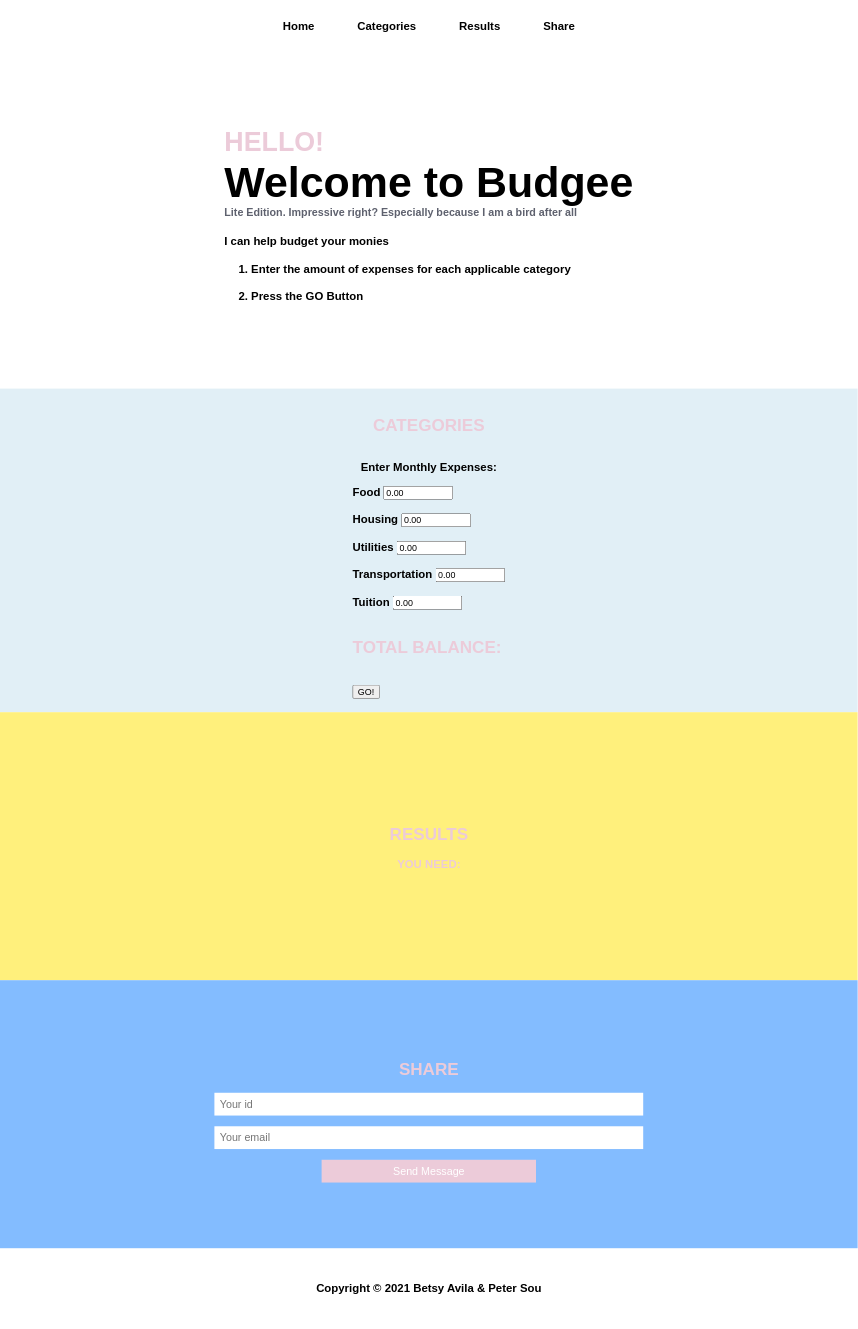
Repository: Peter-Sou/CSE-111-Project-1
Page: http://localhost/
An editor plug-in stored every save of this project. The page is shown before and after the next save, followed by the edit.
The browser window is 1280 px wide. The pictures show the whole page, at 67% of full size.
The page is served by the project's application, run on Django 3.2 (manage.py). Other server files are loaded and not shown.

Above is the page before, as saved 2021-12-07 13:40:39.

### ezPC/EZPCAPP/templates/EZPCAPP/hi.html
<!DOCTYPE html>
<html lang="en">
<head>
    <meta charset="UTF-8">
    <title>EZ-PC-APP</title>
    <!--Resposive meta tag to make this webpage page looking good on mobile browser-->
    <meta id="viewport" content="width=device-width, initial-scale=1.0">
    <!--Add a favicon-->
    <link rel="shortcut icon" type="image/png" href="assets/favicon.png" />
    <!--Add a page title-->
    <title>Betsy Avila Web Portfolio</title>
    <!--Include styles.css file to this webpage-->
    <link rel="stylesheet" href="styles.css">
    <!--Include script.js file to this webpage-->
    {% comment %} <script type="module" src="script.js"></script> {% endcomment %}
</head>
<body>
    <nav>
		<a href = "#header">Home</a>
		<a href = '#Categories'>Categories</a>
		<a  href = '#Results'>Results</a>
		<a href = "#Share">Share</a>
    <!--<a href = 'github.com'>LinkedIn</a>-->
    </nav>
    <header id = 'header'>
        <div>
            <h2>Hello!</h2>
            <h1>Welcome to Budgee</h1>
            <h3>Lite Edition. Impressive right? Especially because I am a bird after all</h3>
            <h4>I can help budget your monies</h4>
            <ol>
                <li>Enter the amount of expenses for each applicable category</li>
                <br>
                <li>Press the GO Button</li>
                </ol>
        </div>
        {% comment %} <img src="assets/profile_professional.jpg"> {% endcomment %}
	</header>
    <section id = 'Categories'>
	    <h2>Categories</h2>
		<p><strong>Enter Monthly Expenses:</strong> </p>

		<form>
		    <div>
			    <label for = "food">Food</label>
				<input type="number" id= "Food" min="0.00" step="0.01" max="30000" value="0.00" />
			</div>
			<br>
			<div>
			    <label for = "Housing">Housing</label>
				<input type="number" id="Housing" min="0.00" step="0.01" max="30000" value="0.00" />
			</div>
			<br>
			<div>
			    <label for = "Utilities">Utilities</label>
				<input type="number" id= "Utilities" min="0.00" step="0.01" max="30000" value="0.00" />
			</div>
			<br>
			<div>
			    <label for = "Transportation">Transportation</label>
				<input type="number" id= "Transportation" min="0.00" step="0.01" max="30000" value="0.00" />
			</div>
			<br>
			<div>
			    <label for = "Tuition">Tuition</label>
				<input type="number" id = "Tuition" min="0.00" step="0.01" max="30000" value="0.00" />
			</div>
			<br>
			<div>
			    <h2>Total Balance: </h2>
				<h2 id = "total"></h2>
            </div>
			<br>
            <button onclick = "CalcSum()">GO!</button>
		</form>
		{% comment %} <script>
		    function CalcSum(){
			let num1 = document.getElementsById("Food").value;
    		let num2 = document.getElementsById("Housing").value;
    		let num3 = document.getElementsById("Utilities").value;
    		let num4 = document.getElementsById("Transportation").value;
    		let num5 = document.getElementsById("Tuition").value;
			let sum = parseFloat(num1) + parseFloat(num2) + parseFloat(num3) +parseFloat(num4) +parseFloat(num5);
        			//let sum = Number(Food) + Number(Housing) + Number(Utilities) + Number(Transportation)+ Number(Tuition);
            document.getElementsById("total").innerHTML = "The total is " +sum;
        }
		</script> {% endcomment %}
			<!--<script src = '/registration/js/projects.js'></script>-->
		</section>
		<section id = 'Results'>
			<div>
				<h2>Results</h2>
				<p id = "total">You need: </p>
			</div>
		</section>
		<section id = 'Share'>
			<h2>Share</h2>
			<form action = '/survey/checkout' method = 'post' enctype= "multipart/form-data">
				<input type="id" placeholder='Your id' required>
				<input type="email" placeholder='Your email' required>
				<button>Send Message</button>
				<input type='hidden' id='redirecturl' value='thankyou.html'>
				<input type='hidden' id='survey' value='Share'>
			</form>
		</section>

		<main></main>
		<footer id = "foot">
			<div>Copyright © 2021 Betsy Avila & Peter Sou</div>
		</footer>
	</body>

</html>

### ezPC/EZPCAPP/views.py
from django.shortcuts import render
from django.http import HttpResponse
def hi(request):
    return render(request,'EZPCAPP/hi.html')

### ezPC/ezPC/urls.py
"""ezPC URL Configuration

The `urlpatterns` list routes URLs to views. For more information please see:
    https://docs.djangoproject.com/en/3.2/topics/http/urls/
Examples:
Function views
    1. Add an import:  from my_app import views
    2. Add a URL to urlpatterns:  path('', views.home, name='home')
Class-based views
    1. Add an import:  from other_app.views import Home
    2. Add a URL to urlpatterns:  path('', Home.as_view(), name='home')
Including another URLconf
    1. Import the include() function: from django.urls import include, path
    2. Add a URL to urlpatterns:  path('blog/', include('blog.urls'))
"""
from django.contrib import admin
from django.urls import path, include


urlpatterns = [
    path('admin/', admin.site.urls),
    path('', include('EZPCAPP.urls'))
]

### ezPC/EZPCAPP/urls.py

from django.urls import path
from . import views

urlpatterns = [
    path('', views.hi, name="home-page"),
]

### ezPC/EZPCAPP/templates/EZPCAPP/styles.css
*{
	box-sizing: border-box;
}
html{
	scroll-behavior: smooth;
}

body {
	display:flex;
	flex-direction: column;
	align-items:center;
	justify-content:space-between;

	margin:0;
	padding:0;
	min-height:100vh;

	font-family: 'Josefin Sans', sans-serif;/*link href in the head tag*/
	font-size: 17px;
	font-weight:bold;
}

body > * {
	display: flex;
	align-items: center;
	justify-content:center;

}
nav{
	color: black;
	background-color: white;
	height:80px;
	width: 100%;

	max-width:500px;
	justify-content: space-around;
	flex-wrap: wrap;

	position: sticky;
	top:0;
}
/*select all a elements/tags in nav*/
nav a{
	text-decoration: none;
	color: black;
	margin: 0 12px;

}
nav > a{
	margin: 0 10px;
	color: black;
}

a: hover{
	color:#80ffe8;
}

header {
	color:black;
	background-color: white;
	height:500px;
	width:100%;
}

header h1 {
	font-size: 64px;
	margin: 0;
}

header h2 {
	font-size: 40px;
	margin: 0;
	color: #eccbd9;
	/* Make all of the characters to uppercase*/
	text-transform: uppercase;
}

header h3 {
	font-size: 16px;
	margin: 0;
	color: #5E616E;
}

header img {
	max-width: 100%;
	height: auto;
	background-color: #fff;
	border-radius: 100%;
	margin-left: 40px;
}

#Categories{
	color:black;
	background-color:#E1EFF6;
	min-height:400px;
	width:100%;
	padding: 20px 0;
	flex-direction: column;

}

#Categories h2{
	color: #eccbd9;
	text-transform:uppercase;
}

#Results{

	color:black;
	background-color:#fff07c;
	min-height:400px;
	width:100%;
	padding: 20px 0;


	display: flex;
	align-items: center;
	justify-content: center;

}
#Results{
	color: #eccbd9;
	text-transform:uppercase;
}

#Results > div{
	max-width:auto;
	width:100%;
	/* padding: top right bottom left */
	padding: 16px 40px 16px 40px;

	/*a in rgba is the alpha channel that specifies the opacity for a color
	background-color: rgba(0, 0, 0, 0.4);*/
	margin:20px 0;
	/* Define the text color in this div box*/
	text-align: center;

}

#Share{
	color:black;
	background-color:#83bcff;
	min-height:400px;
	padding: 20px 0;
	width:100%;
	flex-direction: column; /*keeps the text in the  middle of the colored square*/
}

#Share h2{
	color: #eccbd9;
	text-transform: uppercase;
}

#Share form{
	max-width:640px;
	width:100%;
	display:flex;
	flex-direction: column;
	align-items:center;
}

#Share form >*{
	font-family: 'Josefin Sans', sans-serif;
}

#Share input{
	width:100%;
	font-size: 16px;
	padding: 8px;
	border: none;
	margin-bottom: 16px;

}

#Share textarea{
	width:100%;
	font-size: 16px;
	padding: 8px;
	border: none;
	margin-bottom: 16px;
	height: 120px;
	resize: none;
}

#Share button{
	width: 50%;
	background-color: #eccbd9;
	color:white;
	padding: 8px 16px;
	font-size: 16px;
	border:none;
	cursor:pointer;

}

footer {
	height: 120px;
	display: flex;
	flex-direction: column;
	align-items: center;
	justify-content: center;

}

footer .links{
	display:flex;
	align-items:center;
	justify-content: space-evenly;
	width:120px;
	margin-bottom:8px;

}

footer .links img{
	max-width:100%;
	height:auto;
}

After the next save:
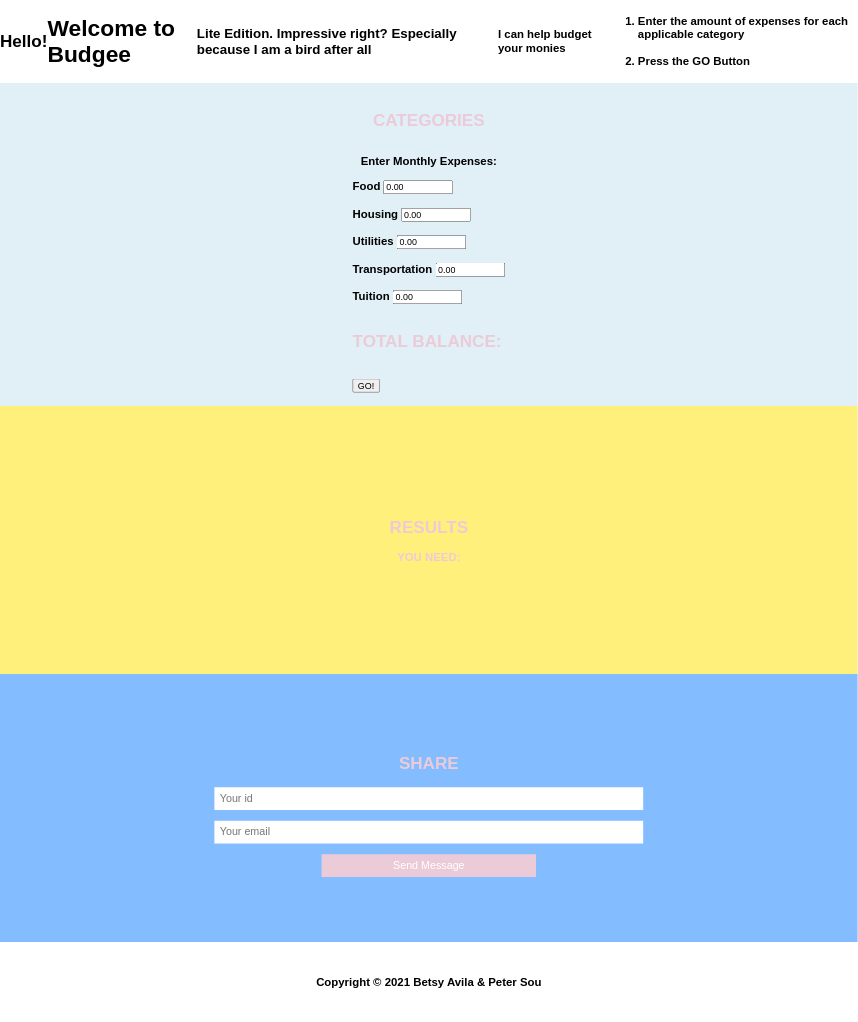
Saved 3 h 50 min later.
--- a/ezPC/EZPCAPP/templates/EZPCAPP/hi.html
+++ b/ezPC/EZPCAPP/templates/EZPCAPP/hi.html
@@ -15,14 +15,14 @@
     {% comment %} <script type="module" src="script.js"></script> {% endcomment %}
 </head>
 <body>
-    <nav>
+    {% comment %} <nav>
 		<a href = "#header">Home</a>
 		<a href = '#Categories'>Categories</a>
 		<a  href = '#Results'>Results</a>
 		<a href = "#Share">Share</a>
     <!--<a href = 'github.com'>LinkedIn</a>-->
     </nav>
-    <header id = 'header'>
+    <header id = 'header'> {% endcomment %}
         <div>
             <h2>Hello!</h2>
             <h1>Welcome to Budgee</h1>
